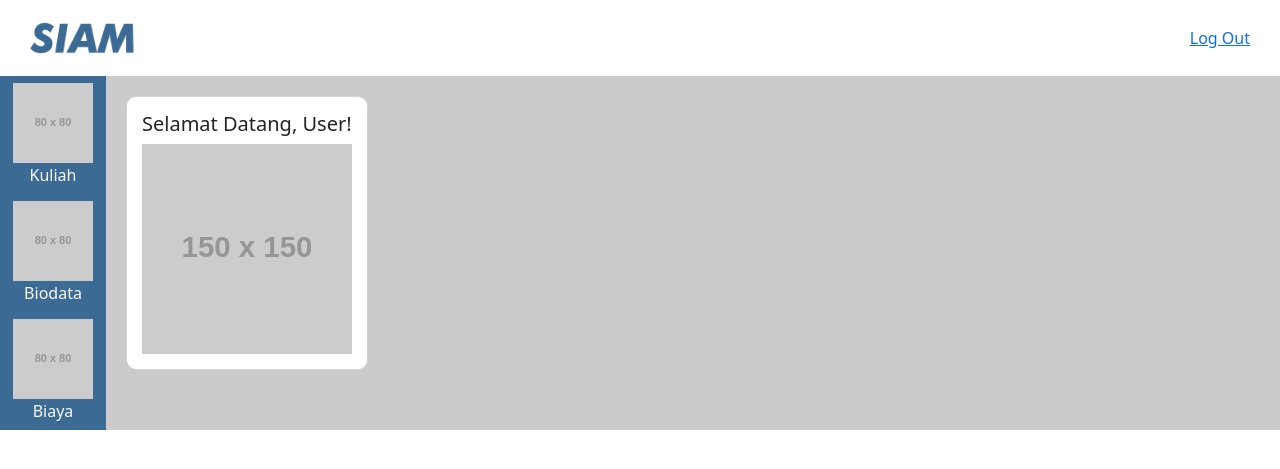
Repository: haikalirf/Project-IMK
Page: kuliah.html
The author's editor kept a copy of each file at every save. The page is drawn from the files as they stood at one save, then again after the next save.
The browser window is 1280 px wide. The pictures show the whole page.

Above is the page before, as saved 2022-12-10 13:10:06.

### kuliah.html
<!DOCTYPE html>
<html lang="en">
<head>
	<meta charset="UTF-8">
	<meta http-equiv="X-UA-Compatible" content="IE=edge">
	<meta name="viewport" content="width=device-width, initial-scale=1.0">
	<title>SIAM</title>
	<link rel="icon" href="/assets/logo_ub.ico">
	<link rel="stylesheet" href="https://cdn.jsdelivr.net/npm/bootstrap@5.2.3/dist/css/bootstrap.min.css" integrity="sha384-rbsA2VBKQhggwzxH7pPCaAqO46MgnOM80zW1RWuH61DGLwZJEdK2Kadq2F9CUG65" crossorigin="anonymous">
	<link rel="stylesheet" href="/styles/kuliah.css">
</head>
<body>
	<nav class="navbar" id="navbar">
		<a class="navbar-brand" href="/kuliah.html">
			<img id="navbar-image" src="/assets/SIAM.png" alt="SIAM">
		</a>
		<a class="navbar-link" href="#">Log Out</a>
	</nav>
	<div id="content">
		<div id="sidebar">
			<a class="btn" href="">
				<img id="sidebar-kuliah" src="https://via.placeholder.com/80" alt="Kuliah">
				<br>
				<label for="sidebar-kuliah">Kuliah</label>
			</a>
			<a class="btn" href="">
				<img id="sidebar-biodata" src="https://via.placeholder.com/80" alt="Biodata">
				<br>
				<label for="sidebar-biodata">Biodata</label>
			</a>
			<a class="btn" href="">
				<img id="sidebar-biaya" src="https://via.placeholder.com/80" alt="Biaya">
				<br>
				<label for="sidebar-biaya">Biaya</label>
			</a>
		</div>
		<main>
			<div class="lane">
				<div class="card" id="card-user">
					<h5 class="card-title">Selamat Datang, User!</h5>
					<img src="https://via.placeholder.com/150" alt="">
				</div>
			</div>
		</main>
	</div>
	<script src="https://cdn.jsdelivr.net/npm/bootstrap@5.2.3/dist/js/bootstrap.bundle.min.js" integrity="sha384-kenU1KFdBIe4zVF0s0G1M5b4hcpxyD9F7jL+jjXkk+Q2h455rYXK/7HAuoJl+0I4" crossorigin="anonymous"></script>
</body>
</html>

### styles/kuliah.css
*, *::before, *::after {
	box-sizing: border-box;
}

#navbar {
	display: flex;
	justify-content: space-between;
	margin: 0px 30px;
}

#navbar-image {
	height: 50px;
}

#content {
	display: flex;
}

#sidebar {
	background-color: #3b6a94;
	display: flex;
	flex-direction: column;
}

a img, a label {
	color: #f9f9f9;
}

main {
	background-color: #cbcbcb;
	display: flex;
	flex-grow: 1;
}

.card {
	margin: 20px;
	padding: 15px;
	border-radius: 10px;
}

After the next save:
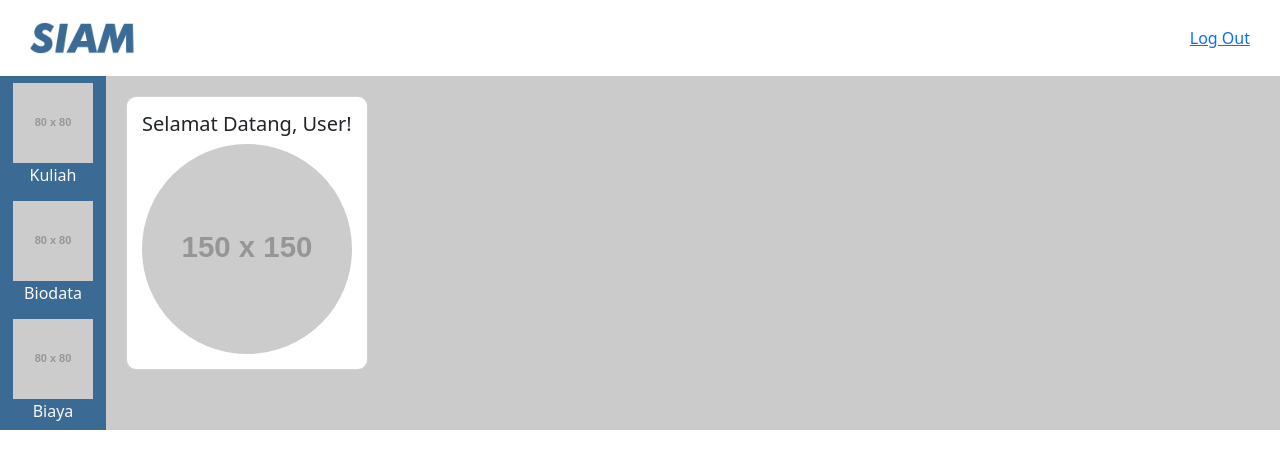
Saved 7 s later.
--- a/kuliah.html
+++ b/kuliah.html
@@ -38,7 +38,7 @@
 			<div class="lane">
 				<div class="card" id="card-user">
 					<h5 class="card-title">Selamat Datang, User!</h5>
-					<img src="https://via.placeholder.com/150" alt="">
+					<img class="rounded-circle" src="https://via.placeholder.com/150" alt="">
 				</div>
 			</div>
 		</main>
